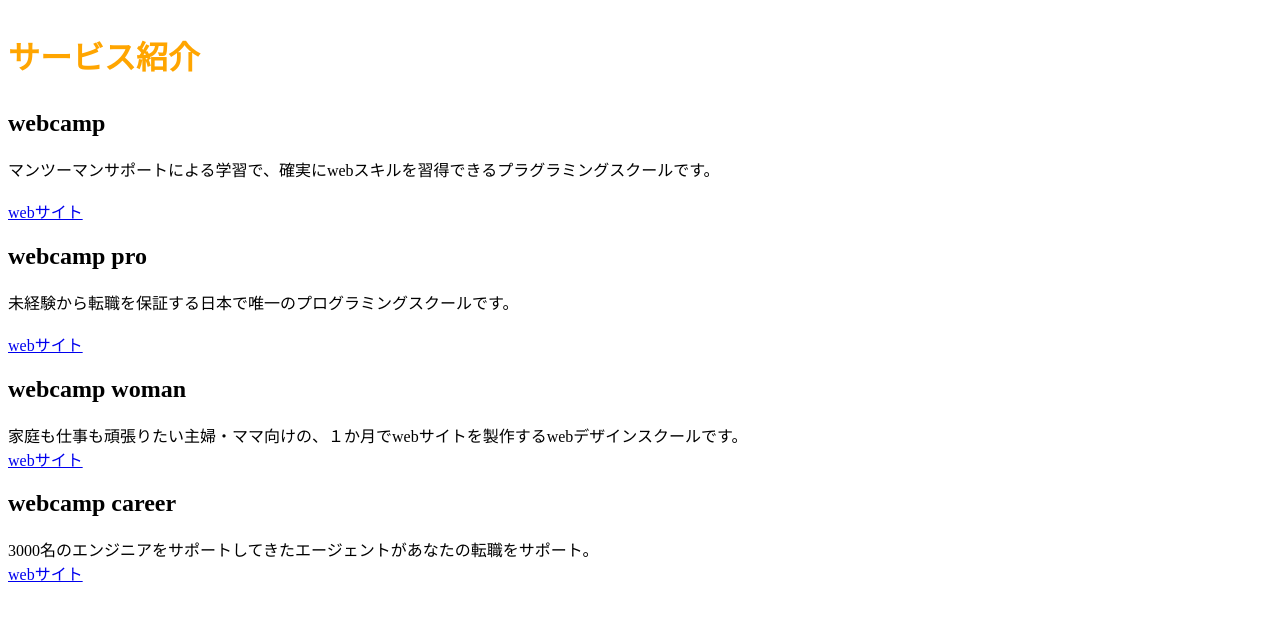
Repository: YasuyoshiSakai/kadai1
Page: sample/ensyuu.html
The author's editor kept a record of every edit. The page is drawn from the files as they stood at one moment, then again after the next edit.
The browser window is 1280 px wide. The pictures show the whole page.

Above is the page before.

After the next edit:
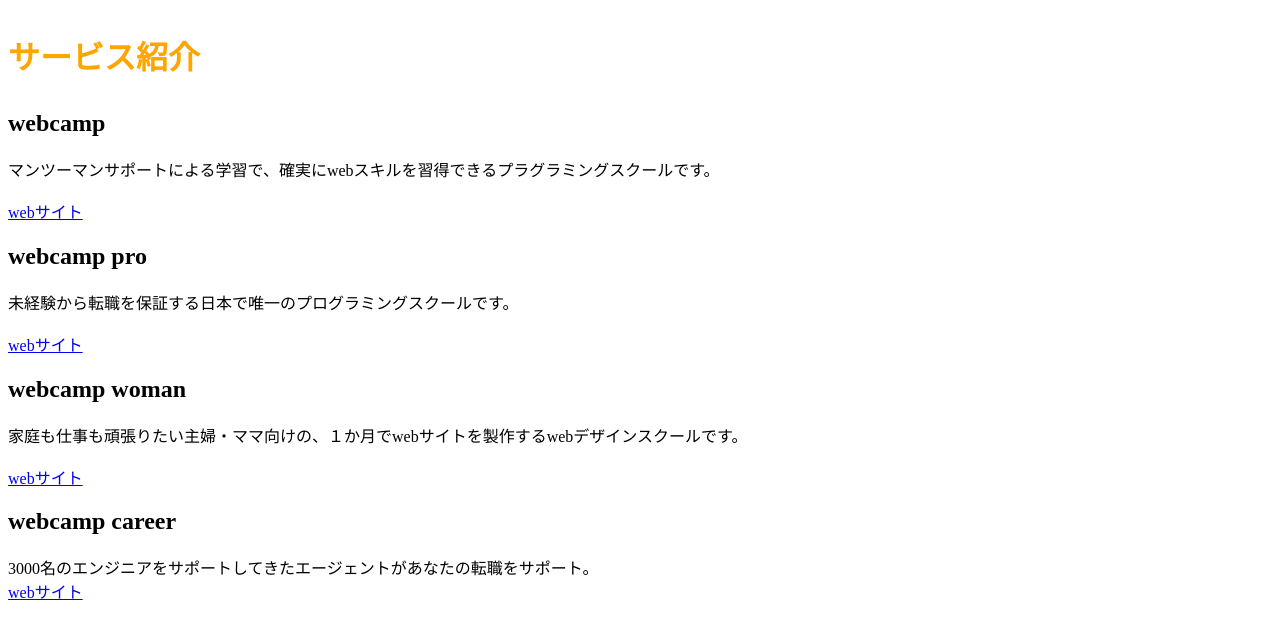
The edit:
--- a/sample/ensyuu.html
+++ b/sample/ensyuu.html
@@ -17,7 +17,7 @@
 未経験から転職を保証する日本で唯一のプログラミングスクールです。<br><br>
 <a href="https://www.google.com/?hl=ja">webサイト</a><br>
 <h2>webcamp woman</h2>
-家庭も仕事も頑張りたい主婦・ママ向けの、１か月でwebサイトを製作するwebデザインスクールです。<br>
+家庭も仕事も頑張りたい主婦・ママ向けの、１か月でwebサイトを製作するwebデザインスクールです。<br><br>
 <a href="https://www.google.com/?hl=ja">webサイト</a><br>
 <h2>webcamp career</h2>
 3000名のエンジニアをサポートしてきたエージェントがあなたの転職をサポート。<br>
